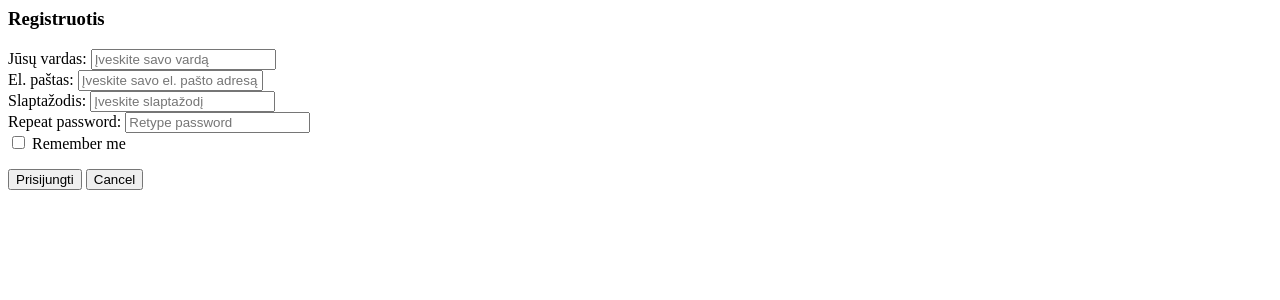
Repository: Skaidrius/Blogas
Page: partials/signup.html
The author's editor kept a record of every edit. The page is drawn from the files as they stood at one moment, then again after the next edit.
The browser window is 1280 px wide. The pictures show the whole page.

Above is the page before.

After the next edit:
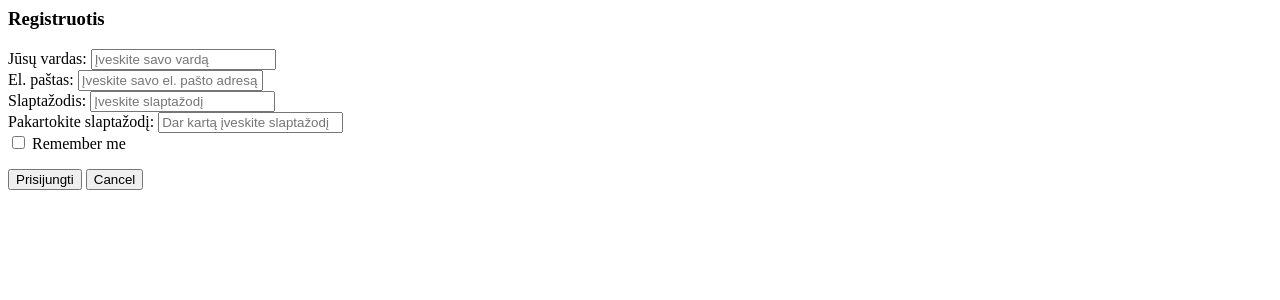
The edit:
--- a/partials/signup.html
+++ b/partials/signup.html
@@ -15,8 +15,8 @@
             <input type="password" class="form-control" id="pwd" placeholder="Įveskite slaptažodį">
         </div>
         <div class="form-group">
-            <label for="pwd">Repeat password:</label>
-            <input type="password" class="form-control" id="rp-pwd" placeholder="Retype password">
+            <label for="pwd">Pakartokite slaptažodį:</label>
+            <input type="password" class="form-control" id="rp-pwd" placeholder="Dar kartą įveskite slaptažodį">
         </div>
         <div class="checkbox">
             <label><input type="checkbox"> Remember me</label>
